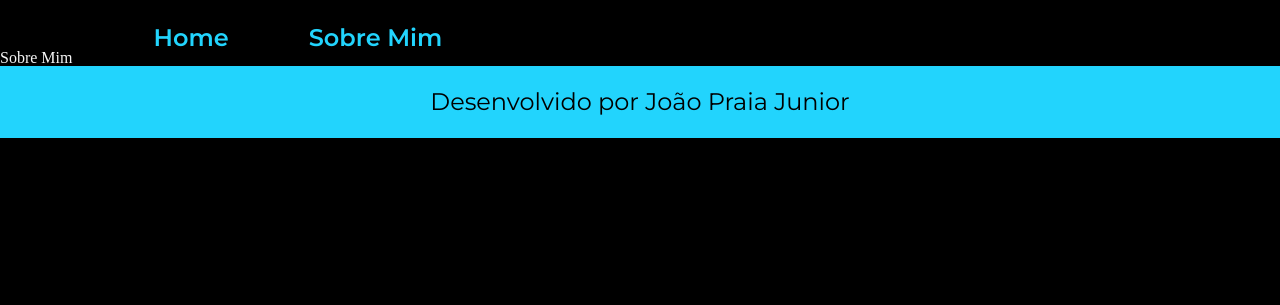
Repository: joaoPraiaJunior/html-basico
Page: about.html
An editor plug-in stored every save of this project. The page is shown before and after the next save, followed by the edit.
The browser window is 1280 px wide. The pictures show the whole page.
Some web fonts or font styles are not loaded; a fallback is used. Some web libraries are served in a nearby version.

Above is the page before, as saved 2024-06-06 21:31:33.

### about.html
<!DOCTYPE html>
<html lang="pt-BR" dir="ltr">
  <head>
    <meta charset="UTF-8" />
    <meta http-equiv="X-UA-Compatible" content="IE=edge" />
    <meta name="viewport" content="width=device-width, initial-scale=1.0" />
    <title>Sobre Mim</title>
    <link rel="stylesheet" href="css/reset.css" />
    <link rel="stylesheet" href="css/style.css" />
  </head>
  <body>
    <header class="cabecalho">
      <nav class="cabecalho__menu">
        <a class="cabecalho__link" href="index.html">Home</a>
        <a class="cabecalho__link" href="about.html">Sobre Mim</a>
      </nav>
    </header>

    <main>
      <h1>Sobre Mim</h1>
    </main>

    <footer class="rodape"><p>Desenvolvido por João Praia Junior</p></footer>
  </body>
  <script
    src="https://kit.fontawesome.com/c4ee7a6e8c.js"
    crossorigin="anonymous"
  ></script>
</html>

### css/reset.css
/* http://meyerweb.com/eric/tools/css/reset/
   v2.0 | 20110126
   License: none (public domain)
*/

* {
    box-sizing: border-box;
}

html, body, div, span, applet, object, iframe,
h1, h2, h3, h4, h5, h6, p, blockquote, pre,
a, abbr, acronym, address, big, cite, code,
del, dfn, em, img, ins, kbd, q, s, samp,
small, strike, strong, sub, sup, tt, var,
b, u, i, center,
dl, dt, dd, ol, ul, li,
fieldset, form, label, legend,
table, caption, tbody, tfoot, thead, tr, th, td,
article, aside, canvas, details, embed,
figure, figcaption, footer, header, hgroup,
menu, nav, output, ruby, section, summary,
time, mark, audio, video {
	margin: 0;
	padding: 0;
	border: 0;
	font: inherit;
	vertical-align: baseline;
}
/* HTML5 display-role reset for older browsers */
article, aside, details, figcaption, figure,
footer, header, hgroup, menu, nav, section {
	display: block;
}
body {
	line-height: 1;
}
ol, ul {
	list-style: none;
}
blockquote, q {
	quotes: none;
}
blockquote:before, blockquote:after,
q:before, q:after {
	content: '';
	content: none;
}
table {
	border-collapse: collapse;
	border-spacing: 0;
}

### css/style.css
@import url('https://fonts.googleapis.com/css2?family=Krona+One&family=Montserrat:wght@400;600&display=swap');

html {
  font-size: 62.5%;
}

body {
  color: #f6f6f6;
  background-color: #000;
  font-size: 1.6rem;
}

.cabecalho {
  padding: 2% 0 0 12%;
}

.cabecalho__menu {
  display: flex;
  column-gap: 80px;
}

.cabecalho__link {
  font-family: 'Montserrat', sans-serif;
  font-size: 2.4rem;
  font-weight: 600;
  text-decoration: none;
  color:#22d4fd;
}

.apresentacao {
  padding: 5% 12%;
  display: flex;
  justify-content: space-between;
  align-items: center;
}

.apresentacao__conteudo {
  display:flex;
  flex-direction: column;
  width: 615px;
  gap: 40px;
}

.apresentacao__titulo {
  color: #22d4fd;
  font-family: 'Krona One', sans-serif;
  font-size: 3.6rem;
}

.apresentacao__subtitulo{
  font-family: 'Krona One', sans-serif;
  font-size: 2.4rem;
  font-weight: 400;
}

.apresentacao__texto {
  font-family: 'Montserrat', sans-serif;
  font-size: 2.4rem;
}

.apresentacao__links {
  display: flex;
  flex-direction: column;
  justify-content: space-between;
  align-items: center;
  row-gap: 32px;
}

.apresentacao__link {
  display:flex;
  justify-content: center;
  column-gap: 8px;
  color: #000;
  background-color: #22d4fd;
  font-family: 'Montserrat', sans-serif;
  font-size: 2.4rem;
  font-weight: 600;
  padding: 21.5px 0;
  width: 378px;
  border-radius: 8px;
  text-align: center;
  text-decoration: none;
}

.apresentacao__link--transparente {
  color: #f6f6f6;
  background-color: transparent;
  border: 2px solid #22d4fd;
  transition: all .5s ease-in-out;
}

.apresentacao__link--transparente:hover {
  background-color: #272727;
}

.apresentacao__link--transparente .fa-brands {
  transition: color .5s ease-in-out;
}

.apresentacao__link--transparente:hover .fa-brands {
  color: #22d4fd;
}

.apresentacao__imagem img {
  max-width: 100%;
}

.rodape {
  font-family: 'Montserrat', sans-serif;
  font-size: 2.4rem;
  font-weight: 400;
  color: #000;
  background-color: #22d4fd;
  padding: 24px;
  text-align: center;
}

After the next save:
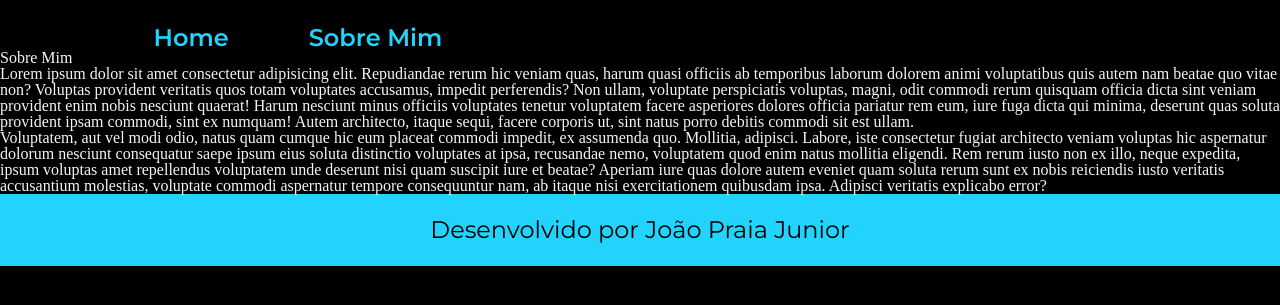
Saved 4 min 17 s later.
--- a/about.html
+++ b/about.html
@@ -17,7 +17,36 @@
     </header>
 
     <main>
-      <h1>Sobre Mim</h1>
+      <section class="sobre">
+        <h1>Sobre Mim</h1>
+        <p>
+          Lorem ipsum dolor sit amet consectetur adipisicing elit. Repudiandae
+          rerum hic veniam quas, harum quasi officiis ab temporibus laborum
+          dolorem animi voluptatibus quis autem nam beatae quo vitae non?
+          Voluptas provident veritatis quos totam voluptates accusamus, impedit
+          perferendis? Non ullam, voluptate perspiciatis voluptas, magni, odit
+          commodi rerum quisquam officia dicta sint veniam provident enim nobis
+          nesciunt quaerat! Harum nesciunt minus officiis voluptates tenetur
+          voluptatem facere asperiores dolores officia pariatur rem eum, iure
+          fuga dicta qui minima, deserunt quas soluta provident ipsam commodi,
+          sint ex numquam! Autem architecto, itaque sequi, facere corporis ut,
+          sint natus porro debitis commodi sit est ullam.
+        </p>
+        <p>
+          Voluptatem, aut vel modi odio, natus quam cumque hic eum placeat
+          commodi impedit, ex assumenda quo. Mollitia, adipisci. Labore, iste
+          consectetur fugiat architecto veniam voluptas hic aspernatur dolorum
+          nesciunt consequatur saepe ipsum eius soluta distinctio voluptates at
+          ipsa, recusandae nemo, voluptatem quod enim natus mollitia eligendi.
+          Rem rerum iusto non ex illo, neque expedita, ipsum voluptas amet
+          repellendus voluptatem unde deserunt nisi quam suscipit iure et
+          beatae? Aperiam iure quas dolore autem eveniet quam soluta rerum sunt
+          ex nobis reiciendis iusto veritatis accusantium molestias, voluptate
+          commodi aspernatur tempore consequuntur nam, ab itaque nisi
+          exercitationem quibusdam ipsa. Adipisci veritatis explicabo error?
+        </p>
+      </section>
+      <section></section>
     </main>
 
     <footer class="rodape"><p>Desenvolvido por João Praia Junior</p></footer>
